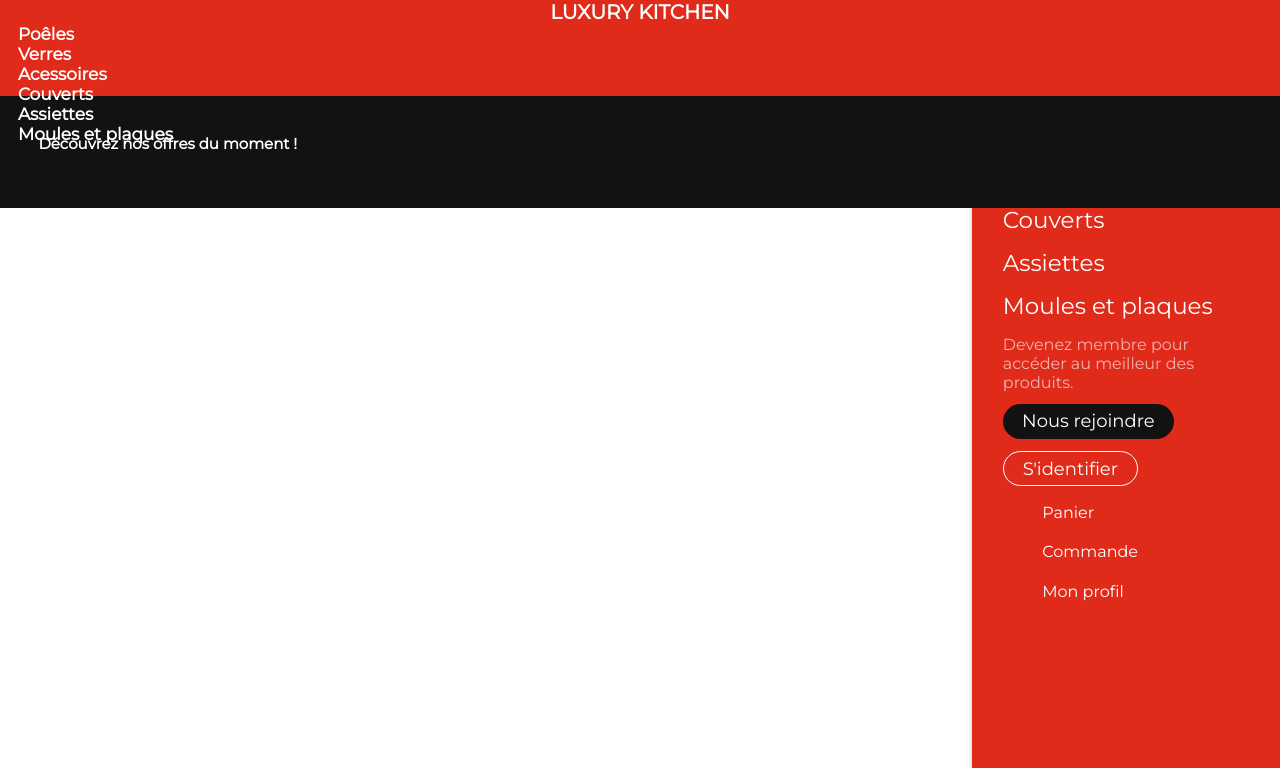
Repository: Juannpl/Luxury-Kicthen
Page: index.html
These files come from the project's save history. The page is drawn as it stood at one moment and after the next save; the edit follows.
The browser window is 1280 px wide. The pictures show the whole page.
Some icons come from a web library that is not loaded, so they are not drawn.

Above is the page before, as saved 2023-02-06 12:28:12.

### index.html
<!DOCTYPE html>
<html lang="fr">
<head>
    <meta charset="UTF-8">
    <meta http-equiv="X-UA-Compatible" content="IE=edge">
    <meta name="viewport" content="width=device-width, initial-scale=1.0">

    <script src="https://unpkg.com/boxicons@2.1.4/dist/boxicons.js"></script>

    <link rel="stylesheet" href="css/style.css">
    <title>Acceuil - LK</title>
</head>
<body>
    <header class="header">
        <nav class="nav_container row">
            <div class="logo">
                <p>LUXURY KITCHEN</p>
            </div>
            <div class="barre_categorie">
                <ul class="row">
                    <li><a href="#">Poêles</a></li>
                    <li><a href="#">Verres</a></li>
                    <li><a href="#">Acessoires</a></li>
                    <li><a href="#">Couverts</a></li>
                    <li><a href="#">Assiettes</a></li>
                    <li><a href="#">Moules et plaques</a></li>
                </ul>
            </div>
            <div class="nav_list">
                <ul class="row">
                    <li class="items_list">
                        <box-icon name='shopping-bag' color='#ffffff' size='1.7rem'></box-icon>
                    </li>
                    <li class="items_list">
                        <box-icon name='user-circle' type='solid' color='#ffffff' size='1.7rem'></box-icon>
                    </li>
                    <a id="openBtn">
                        <li class="items_list">
                            <box-icon name='menu' color='#ffffff' size=2.2rem></box-icon>
                        </li>
                    </a>
                </ul>
            </div>
        </nav>
        <div id="transparent"></div>
        <section id="barre_categorie_mobile">
            <div id="closeBtn">
                <box-icon name='x' color='#ffffff' size='3rem'></box-icon>
            </div>
            <div class="nav_contents row">
                <div>
                    <ul class="row">
                        <li><a href="#">Poêles</a></li>
                        <li><a href="#">Verres</a></li>
                        <li><a href="#">Acessoires</a></li>
                        <li><a href="#">Couverts</a></li>
                        <li><a href="#">Assiettes</a></li>
                        <li><a href="#">Moules et plaques</a></li>
                    </ul>
                </div>
                <div>
                    <p class="opacityy">
                        Devenez membre pour accéder au meilleur des produits.
                    </p>
                </div>
                <div>
                    <button type="button" class="btn-black">Nous rejoindre</button>
                </div>
                <div>
                    <button type="button" class="btn-clear">S'identifier</button>
                </div>
                <div class="items">
                    <div class="roww">
                        <box-icon name='shopping-bag' color='#ffffff' size='1.7rem'></box-icon>
                        <p>Panier</p>
                    </div>
                    <div class="roww">
                        <box-icon type='solid' name='package' color='#ffffff' size='1.7rem'></box-icon>
                        <p>Commande</p>
                    </div>
                    <div class="roww">
                        <box-icon name='user-circle' type='solid' color='#ffffff' size='1.7rem'></box-icon>
                        <p>Mon profil</p>
                    </div>
                </div>
                <div class="reseaux row">
                    <div class="sociaux">
                        <box-icon name='facebook-circle' type='logo' color='#ffffff' ></box-icon>
                    </div>
                    <div class="sociaux">
                        <box-icon name='twitter' type='logo' color='#ffffff' ></box-icon>
                    </div>
                    <div class="sociaux">
                        <box-icon name='instagram-alt' type='logo' color='#ffffff' ></box-icon>
                    </div>
                </div>
            </div>
        </section>
        <!-- FIN DDE LA BARRE DE NAVIGATION MOBILE-->
    </header>
    <main id="juan">
        <section class="body_container">
            <div class="firstpart">
                <div class="name_of_card">
                    <h1>Découvrez nos offres du moment !</h1>
                </div>
                <div class="swipe">
                </div>
                <div></div>
                <div></div>
            </div>
        </section>
    </main>
    <footer>

    </footer>
    <script src="script.js"></script>
</body>
</html>

### css/style.css
/*

    GENERAL

*/

@import url('https://fonts.googleapis.com/css2?family=Montserrat&family=Roboto&display=swap');

:root{
    --rougelinear: rgba(224, 43, 26, 1);
    --rougetext: #E02B1A;
    --blanc: #fff;
    --noirclair: #1E1E1E;
    --noir: #121212;
    --gris: #595959;
}

*/*,
*::after,
*::before*/{
    margin: 0;
    padding: 0;
    box-sizing: inherit;
    list-style: none;
    text-decoration: none;
    font-family: 'Montserrat', 'sans-serif';
}

html{
    width: 100%;
    overflow-x: hidden;
}

.controle img{
    width: 100%;
}

/*

    HEADER

*/

.header{
    background-color: var(--rougelinear);
    height: 6rem;
    display: grid;
    align-items: center;
    position: relative;
}

.logo{
    color: var(--blanc);
    font-size: 0.9em;
    font-weight: 600;
    text-align: center;
    padding-left: 5%;
}

.barre_categorie{
    display: none;
}

#closeBtn{
    position: absolute;
    top: 5%;
    right: 10%;
    cursor: pointer;
}

#barre_categorie_mobile{
    color: var(--blanc);
    width: 308px;
    position: absolute;
    z-index: -1;
    top: 0;
    right: 0;
    background-color: var(--rougelinear);
    transition: left 0.5s ease;
    display: flex;
    align-items: center;
    flex-direction: column;
    box-shadow: 0px 4px 4px 0px rgba(0, 0, 0, 0.25);
}

/* Active class */
#barre_categorie_mobile.active{
    z-index: 3;
}

#transparent.active{
    z-index: 2;
}

#transparent{
    position: fixed;
    top: 0;
    right: 0;
    width: 100%;
    height: 100vh;
    z-index: -3;
    background: rgba(255, 255, 255, 0.28);
    backdrop-filter: blur(3.8px);
    -webkit-backdrop-filter: blur(3.8px);
}

.reseaux{
    justify-content: center;
}

.sociaux{
    padding: 2% ;
}

#barre_categorie_mobile ul{
    flex-direction: column;
}

#barre_categorie_mobile ul a{
    color: var(--blanc);
    font-weight: 550;
    font-size: 23px;
}

#barre_categorie_mobile ul li{
    margin: 15px 0px;
}

.nav_container{
    justify-content: space-between;
    /* text-align: center; */
    align-items: center;
}

.roo{
    display: flex;
}

.items_list{
    padding: 0 0.5rem;
    height: auto;
    display: grid;
    align-items: center;
    cursor: pointer;
}

.nav_list{
    padding-right: 3%;
}

.nav_contents{
    width: 80%;
    flex-direction: column;
    margin-top: 20%;
}

.nav_contents div{
    margin: 5% 0;
}

.btn-black{
    width: 171px;
    height: 35px;
    background-color: var(--noir);
    color: var(--blanc);
    border: 0px;
    border-radius: 20px;
    font-family: Montserrat;
    font-size: 18px;
}

.btn-clear{
    border: 1.7px solid var(--blanc);
    color: var(--blanc);
    background-color: transparent;
    width: 133px;
    height: 33px;
    border-radius: 20px;
    font-family: Montserrat;
    font-size: 18px;
}

.roww{
    display: flex;
    align-items: center;
    margin: 5% 0;
}

.opacityy{
    opacity: 63%;
}

.items p{
    margin-left: 5%;
}

/*

    MAIN

*/

.btn-red{
    height: 23px;
    width: 135px;
    border-radius: 3px;
    border: none;
    background-color: var(--rougelinear);
    color: var(--blanc);

}

.swipe {
    display: flex;
}

#juan{
    background-color: var(--noir);
    padding: 3% 3%;
}

.controle{
    height: 190px;
    width: 100%;

}

.description h2{
    font-family: Montserrat;
    font-size: 15px;
    font-weight: 600;
    color: var(--blanc);
}

.name_of_card {
    color: var(--blanc);
    font-family: Montserrat;
    font-size: 10px;
    font-weight: 700;
    text-align: left;
    padding-bottom: 1rem;

}

.card{
    text-align: center;
    background-color: var(--gris);
}

/* desktop = 1224px, tablette = 768px */

@media only screen and (min-width: 768px){
    .logo{
        font-size: 20px;
    }
}

@media only screen and (min-width: 1224px){
    .barre_categorie_mobile{
        display: none;
    }

    .barre_categorie{
        display: revert;
        width: 70%;
    }

    .barre_categorie li{
        padding: 0% 2%;
    }

    .barre_categorie a{
        color: var(--blanc);
        font-weight: 600;
        font-size: 17px;
    }

    .nav_list {
        padding-right: 0;
    }

    .logo {
        padding-left: 0;
    }

    .roo {
        justify-content: center;
    }

    #openBtn{
        display: none;
    }
}


/* ---------- Footer ---------- */

footer{
    width: 100%;
    align-items: center;
    font-family: 'Montserrat', sans-serif;
}

.container-footer{
    height: 400px;
    display: flex;
    flex-direction: column;
    padding-top: 20px;
    background-color: #121212;
    color: white;
    font-size: 1.2rem;
}

.contact-infos{
    display: none;
}

.contact-infos p{
    font-size: 16px;
    color: rgb(255, 255, 255, .5);
}

.container-footer h3{
    text-align: center;
    margin: 25px 0 25px 0;
    font-size: 18px;
}

.download{
    text-align: center;
}

.picto{
    width: 30%;
}

.logos-paiement{
    width: 60%;
    height: 50px;
    display: flex;
    justify-content:space-between;
    align-items: center;
    margin: auto;
}

#visa{
    width: 70px;
    height: 95px;
}

#mastercard{
    width: 70px;
    height: 30px;
}

#paypal{
    width: 35px;
    height: 35px;
}

.social-media{
    text-align: center;
    margin-top: 5px;
}


/* ---------- Page d'inscription ---------- */

.create-account-container{
    width: 100%;
    height: 90%;
    background-color:var(--noirclair);
    text-align: center;
    color: var(--blanc);
    display: grid;
    gap: 5px;
    padding-top: 8%;
    font-family: 'Montserrat', sans-serif;
}

.create-account-container h1{
    font-size: 18px;
}

.create-account-container h3{
    font-size: 12px;
}

#identification-span{
    color: var(--rougetext);
}

.create-account-form{
    padding: 2%;
}

.create-account-form input{
    width: 80%;
    height: 60px;
    margin: 3%;
    padding-left: 3%;
    border-radius: 3px;
    background-color: var(--noirclair);
    border: var(--gris) 1px solid;
    font-size: 15px;
}

.conditions{
    display: flex;
}

.conditions p{
    padding-top: 3%;
    font-size: 13px;
    text-align: left;
}

#conditions{
    width: 16px;
    height: 16px;
}

.create-account-form button{
    width: 120px;
    height: 35px;
    margin: 4% 0 4% 0;
    background-color: var(--rougetext);
    color: var(--blanc);
    border-radius: 5px;
    font-family: 'Montserrat', sans-serif;
    font-size: 15px;
    font-weight: 600;
    border: none;
}


/* ---------- Page d'identification ---------- */

.container-identification{
    background-color: var(--noirclair);
    color: var(--blanc);
    text-align: center;
    font-family: 'Montserrat', sans-serif;
    display: grid;
    gap: 20px;
    padding: 120px 0 70px;
}

.container-identification h1{
    font-size: 18px;
}

.container-identification input{
    width: 300px;
    height: 60px;
    background-color: var(--noirclair);
    border: var(--gris) 1px solid;
    border-radius: 3px;
    padding-left: 2%;
}

.container-identification h3{
    font-size: 12px;
    padding: 10px;
}

.social-identification button{
    width: 266px;
    height: 35px;
    border-radius: 20px;
    color: var(--blanc);
    font-size: 11px;
    font-weight: 600;
    display: flex;
    align-items: center;
    justify-content: center;
}

#fb-button{
    background-color: #039be5;
    border: none;
}

#apple-button{
    background-color: var(--noir);
    border: none;
}

#google-button{
    background-color: var(--noirclair);
    border: var(--blanc) 1px solid;
}

.social-identification img{
    width: 24px;
    height: 24px;
}

.social-identification{
    text-align: center;
    display: grid;
    justify-content: center;
    gap: 20px;
}

.form-identification input{
    margin-bottom: 7%;
}

.form-identification button{
    width: 140px;
    height: 40px;
    background-color: var(--rougetext);
    color: var(--blanc);
    font-size: 15px;
    font-weight: 600;
    border-radius: 5px;
    border: none;
    margin-bottom: 7%;
}



/* -------------------- Tablet -------------------- */


@media only screen and (min-device-width : 768px){

    /* ---------- Footer ---------- */

    .container-footer{
        height: 430px;
    }

    .container-footer-tablet{
        display: flex;
        justify-content: space-around;
    }

    .contact-infos{
        width: 40%;
        display: flex;
        flex-direction: column;
        text-align:left;
    }

    .download{
        width: 40%;
    }

    .picto{
        width: 45%
    }

    .logos-paiement{
        width: 40%;
    }

    /* ---------- Page d'inscription ---------- */

    .create-account-container h1{
        font-size: 24px;
    }

    .create-account-container h3{
        font-size: 17px;
        padding-top: 1.5%;
    }

    .create-account-form input{
        width: 450px;
        height: 70px;
        font-size: 18px;
        padding-left: 2%;
        margin: 2% 0 .5% 0;
    }

    .conditions{
        width: 63%;
        margin-left: 20%;
    }



    /* ---------- Page d'identification ---------- */

    .container-identification{
        padding: 70px 0 10px 0;
    }

    .container-identification h1{
        font-size: 24px;
    }

    .social-identification button{
        width: 492px;
        height: 63px;
        border-radius: 5px;
        font-size: 15px;
    }

    .container-identification h3{
        font-size: 18px;
    }

    .form-identification input{
        width: 520px;
        height: 75px;
        font-size: 20px;
        margin-bottom: 3%;
    }

    .form-identification button{
        width: 246px;
        height: 60px;
        margin-top: 1%;
        font-size: 24px;
        font-weight: 500;
    }
}





/* -------------------- Desktop -------------------- */


@media only screen and (min-device-width : 1224px){

/* ---------- Footer ---------- */

    .logos-paiement{
        width: 20%;
    }

    .paiement h3{
        padding-top: 1%
    }


    /* ---------- Page d'inscription ---------- */

    .create-account-container h1{
        font-size: 24px;
    }

    .create-account-container h3{
        font-size: 18px;
        padding-top: 1.5%;
    }

    .create-account-form input{
        width: 40%;
        height: 80px;
        font-size: 20px;
        padding-left: 2%;
        margin: 2% 0 .5% 0;
    }

    .conditions{
        width: 43%;
        margin-left: 29%;
    }

    .conditions p{
        padding-top: 3%;
        font-size: 16px;
        text-align: center;
    }

    .create-account-form button{
        width: 220px;
        height: 50px;
        font-size: 20px;
    }

    #conditions{
        width: 25px;
        height: 30px;
    }




    /* ---------- Page d'identification ---------- */


}

### script.js
var navMobile = document.getElementById("barre_categorie_mobile");
var transparent = document.getElementById("transparent");
var openBtn = document.getElementById("openBtn");
var closeBtn = document.getElementById("closeBtn");

openBtn.onclick = openNav;
closeBtn.onclick = closeNav;

/* Set the width of the side navigation to 250px */
function openNav() {
  navMobile.classList.add("active");
  transparent.classList.add("active");
}

/* Set the width of the side navigation to 0 */
function closeNav() {
  navMobile.classList.remove("active");
  transparent.classList.remove("active");
}

After the next save:
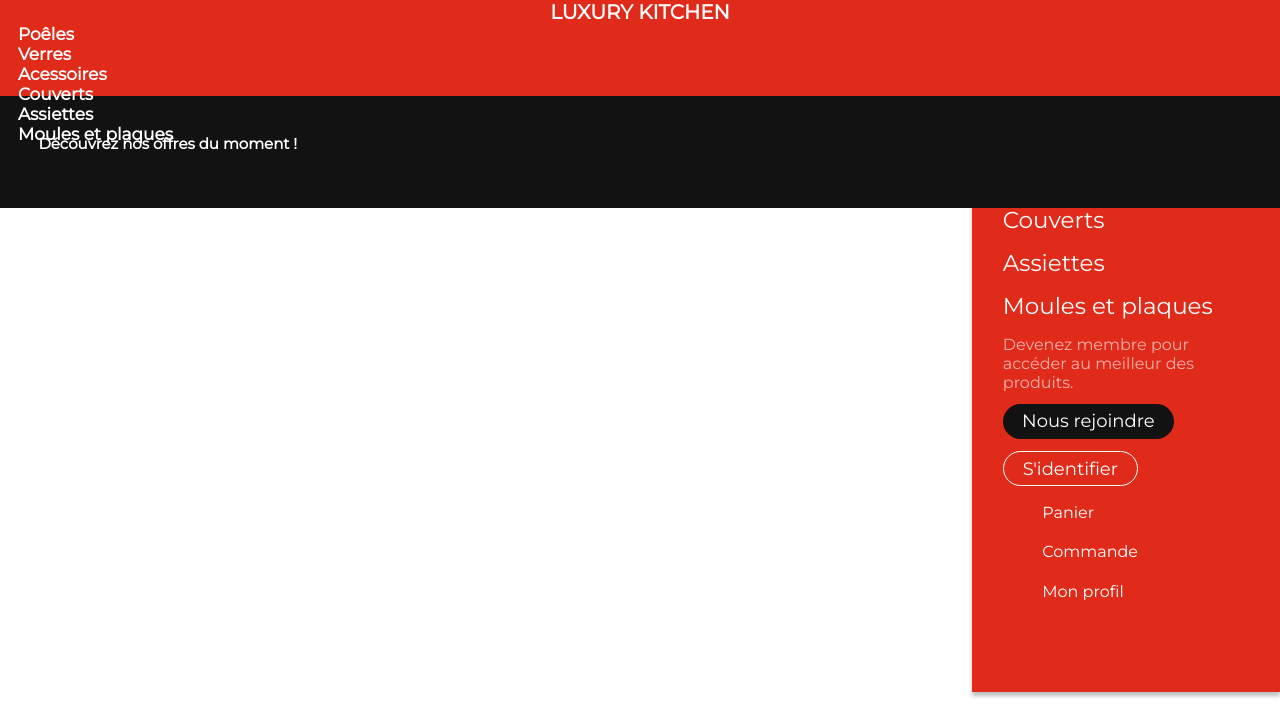
Saved 20 s later.
--- a/index.html
+++ b/index.html
@@ -83,7 +83,7 @@
                         <p>Mon profil</p>
                     </div>
                 </div>
-                <div class="reseaux row">
+                <div class="reseaux roo">
                     <div class="sociaux">
                         <box-icon name='facebook-circle' type='logo' color='#ffffff' ></box-icon>
                     </div>
